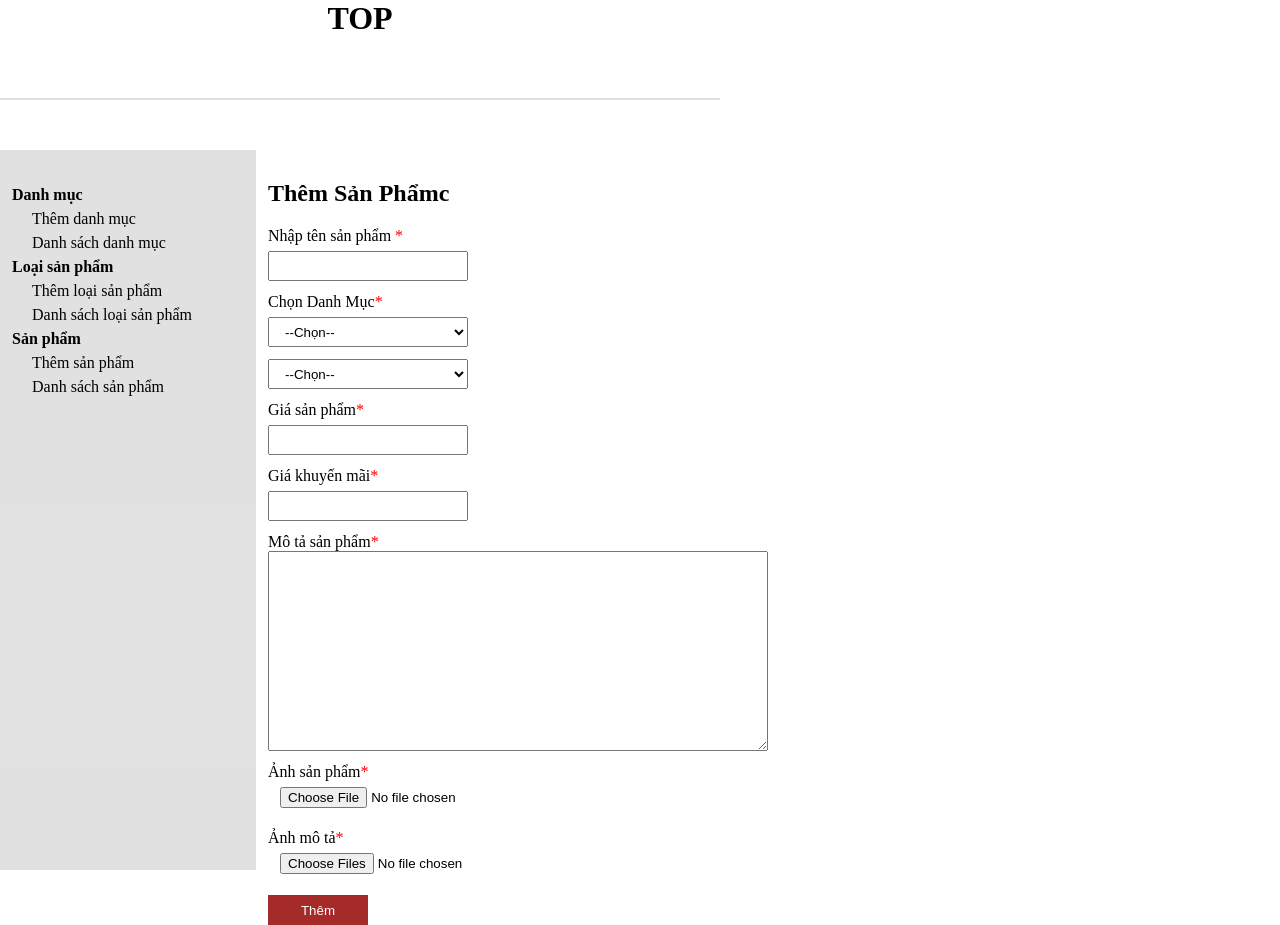
Repository: dinhvanbinh2310/ivy-moda
Page: http://localhost/Admin/productadd.php
These files come from the project's save history. The page is drawn as it stood at one moment and after the next save; the edit follows.
The browser window is 1280 px wide. The pictures show the whole page.
The page is run by PHP 8.4 with error messages shown; the project is at /var/www/html/.

Above is the page before, as saved 2022-07-06 16:31:36.

### Admin/productadd.php
<?php
include "header.php";
include "slider.php";
?>
<style>
/* ------------------------Product----------------------- */
.admin-content-right-product-add h1{
  margin-bottom: 20px;
}
.admin-content-right-product-add input,select{
  width: 200px;
  height: 30px;
  display: block;
  margin: 6px 0 12px;
  padding-left: 12px;
}
.admin-content-right-product-add textarea{
  display: block;
  height: 200px;
  width: 500px;
  margin-bottom: 12px;
  padding: 12px;
}
.admin-content-right-product-add button{
  display: block;
  margin-top: 10px;
  height: 30px;
  width: 100px;
  cursor: pointer;
  background-color: brown;
  border: none;
  color: white;
  transition: all 0.3s ease;
}
.admin-content-right-product-add button:hover{
  background-color: transparent;
  border: 1px solid brown;
  color: brown;
}
</style>

<div class="admin-content-right">
<div class="admin-content-right-product-add">
          <h1>Thêm Sản Phẩmc</h1>
          <form action="" method="POST" enctype="multipart/form-data">   <!-- enctype="multipart/form-data đưa dữ liệu lên csdl -->
            <label for="">Nhập tên sản phẩm <span style="color:red;">*</span></label>
            <input type="text">
            <label for="">Chọn Danh Mục<span style="color:red;">*</span></label>
            <select name="" id="">
                <option value="#">--Chọn--</option>
            </select>
            <select name="" id="">
            <label for="">Chọn Loại Sản Phẩm<span style="color:red;">*</span></label>
              <option value="#">--Chọn--</option>
          </select>
          <label for="">Giá sản phẩm<span style="color:red;">*</span></label>
          <input type="text">
          <label for="">Giá khuyến mãi<span style="color:red;">*</span></label>
          <input type="text">
          <label for="">Mô tả sản phẩm<span style="color:red;">*</span></label>
          <textarea name="" id="" cols="30" rows="10"></textarea>
          <label for="">Ảnh sản phẩm<span style="color:red;">*</span></label>
          <input type="file">
          <label for="">Ảnh mô tả<span style="color:red;">*</span></label>
          <input multiple type="file">
          <button type="submit">Thêm</button>
          </form>
        </div>
      </div>
  </section>
</body>
</html>

### Admin/header.php
<!DOCTYPE html>
<html lang="en">
<head>
  <meta charset="UTF-8">
  <meta http-equiv="X-UA-Compatible" content="IE=edge">
  <meta name="viewport" content="width=device-width, initial-scale=1.0">
  <link rel="stylesheet" href="style.css">
  <title>Danh mục sản phẩm</title>
</head>
<body>
  <header>
    <h1>TOP</h1>
  </header>

### Admin/slider.php
<section class="admin-content">
    <div class="admin-content-left">
      <ul>
        <li> <a href="#">Danh mục</a>
          <ul>
            <li><a href="cartegoryadd.php">Thêm danh mục</a></li>
            <li><a href="cartegorylist.php">Danh sách danh mục</a></li>
          </ul>
        </li>
        <li> <a href="#">Loại sản phẩm</a>
          <ul>
            <li><a href="brandadd.php">Thêm loại sản phẩm</a></li>
            <li><a href="brandlist.php">Danh sách loại sản phẩm</a></li>
          </ul>
        </li>
        <li> <a href="#">Sản phẩm</a>
          <ul>
            <li><a href="">Thêm sản phẩm</a></li>
            <li><a href="">Danh sách sản phẩm</a></li></li>
        </ul>
      </ul>
    </div>

### Admin/style.css
*{
  margin: 0;
  padding: 0;
  box-sizing: border-box;
  color: black;
  outline: none;
}
a{
  text-decoration: none;
}
ul{
  list-style: none;
}
header{
  height: 100px;
  width: 100vh;
  border-bottom: 2px solid #dddd;
  text-align: center;
  align-items: center;
}
.admin-content{
  padding-top: 50px;
  display: flex;
}
.admin-content-left{
  background-color: #dddd;
  width: 20%;
  height: 100vh;
  padding: 30px 0 0 12px;
}
.admin-content-left > ul >li >a{
  font-weight: bold;
}
.admin-content-left ul li{
  margin: 6px 0;
}
.admin-content-left ul ul{
  margin-left: 20px;
}
.admin-content-right{
  width: 80%;
  padding: 30px 0 0 12px;
}
.admin-content-right-cartegory-add input{
  height: 30px;
  width: 200px;
  padding-left: 12px;
  margin-top: 20px;
}
.admin-content-right-cartegory-add button{
  display: block;
  margin-top: 10px;
  height: 30px;
  width: 100px;
  cursor: pointer;
  background-color: brown;
  border: none;
  color: white;
  transition: all 0.3s ease;
}
.admin-content-right-cartegory-add button:hover{
  background-color: transparent;
  border: 1px solid brown;
  color: brown;
}
/* ------------------------Cartegorylist----------------------- */
.admin-content-right-cartegory_list table{
  width: 100%;
  text-align: center;
  margin-top: 20px;
}
.admin-content-right-cartegory_list table tr th,td{
  border: 1px solid #dddd;
}
table{
  border-collapse: collapse;
}
/* ------------------------Product----------------------- */
.admin-content-right-product-add h1{
  margin-bottom: 20px;
}
.admin-content-right-product-add input,select{
  width: 200px;
  height: 30px;
  display: block;
  margin: 6px 0 12px;
  padding-left: 12px;
}
.admin-content-right-product-add textarea{
  display: block;
  height: 200px;
  width: 500px;
  margin-bottom: 12px;
  padding: 12px;
}
.admin-content-right-product-add button{
  display: block;
  margin-top: 10px;
  height: 30px;
  width: 100px;
  cursor: pointer;
  background-color: brown;
  border: none;
  color: white;
  transition: all 0.3s ease;
}
.admin-content-right-product-add button:hover{
  background-color: transparent;
  border: 1px solid brown;
  color: brown;
}

After the next save:
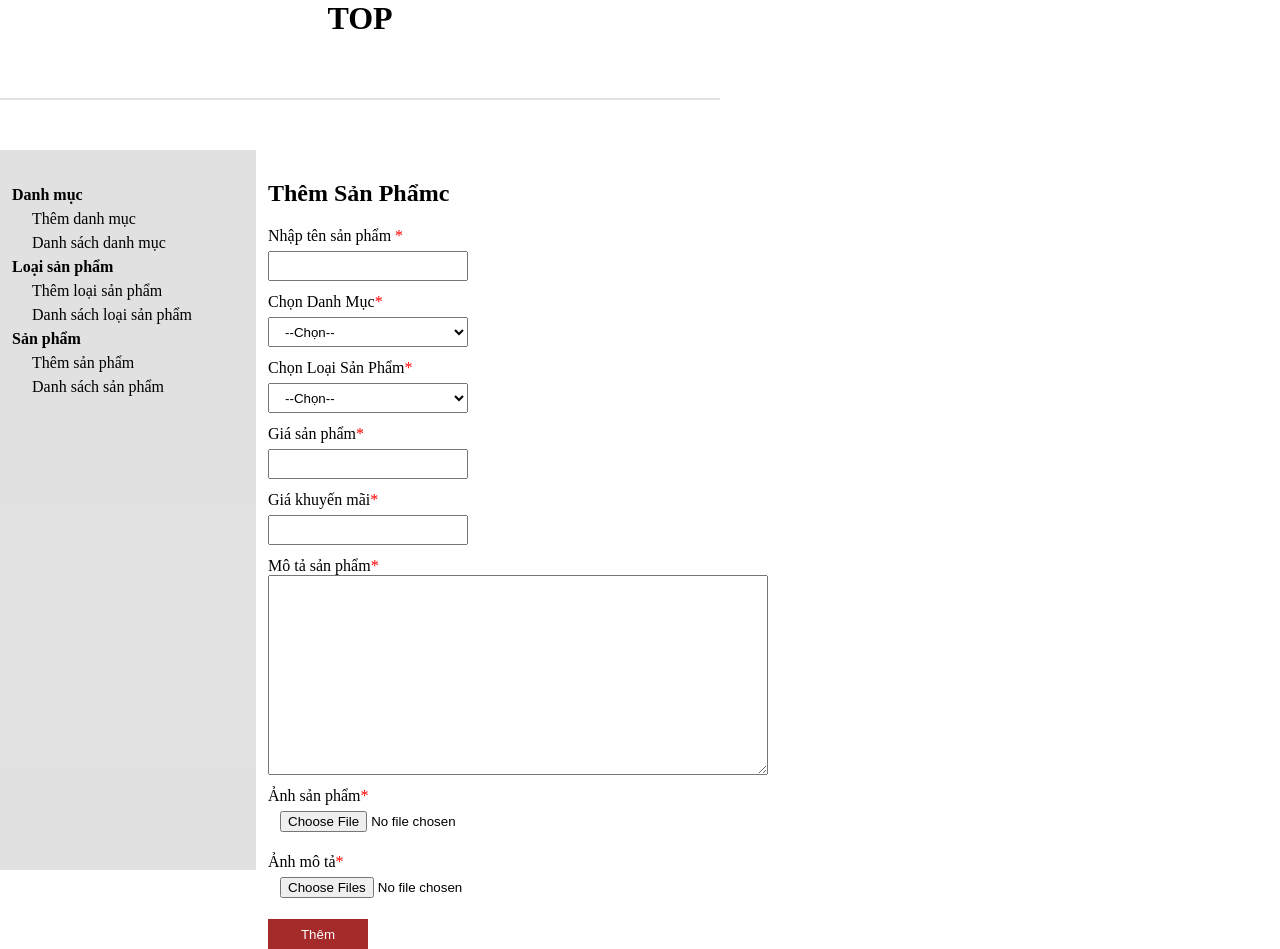
Saved 64 s later.
--- a/Admin/productadd.php
+++ b/Admin/productadd.php
@@ -49,6 +49,7 @@ include "slider.php";
             <select name="" id="">
                 <option value="#">--Chọn--</option>
             </select>
+            <label for="">Chọn Loại Sản Phẩm<span style="color:red;">*</span></label>
             <select name="" id="">
             <label for="">Chọn Loại Sản Phẩm<span style="color:red;">*</span></label>
               <option value="#">--Chọn--</option>
